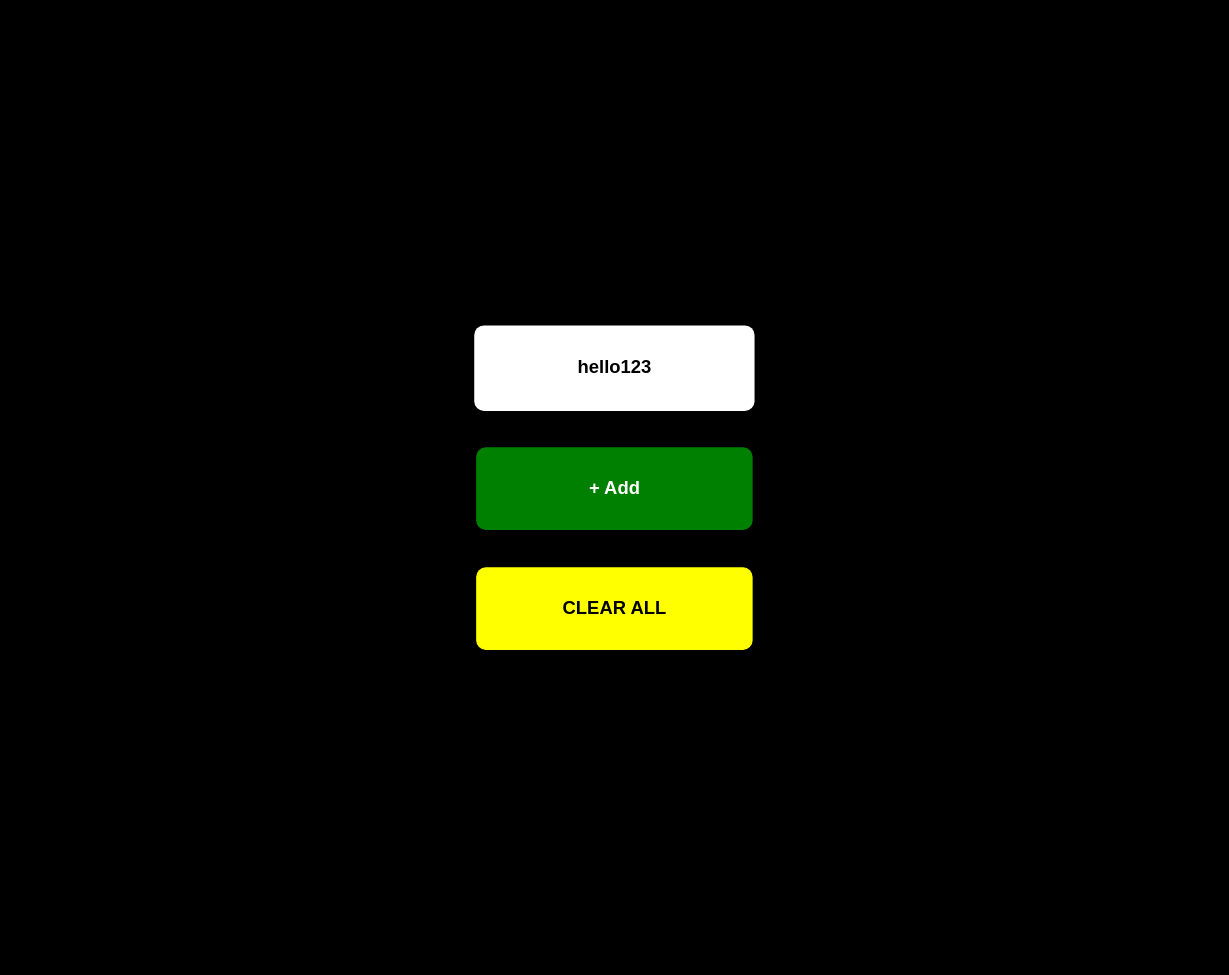
Repository: jcohenp/DI_Exercises
Page: W3/D2/gold/index.html
The author's editor kept a copy of each file at every save. The page is drawn from the files as they stood at one save, then again after the next save.
The browser window is 1280 px wide. The pictures show the whole page, at 96% of full size.

Above is the page before, as saved 2020-08-25 13:54:44.

After the next save:
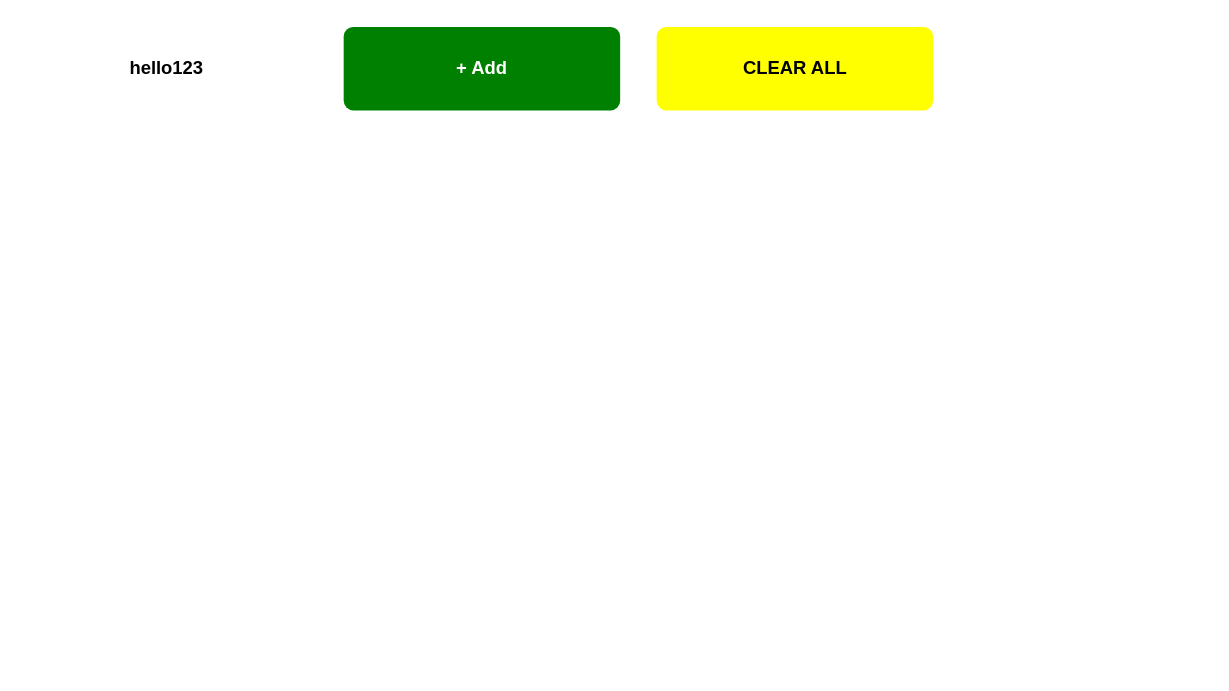
Saved 19 s later.
--- a/W3/D2/gold/js/script.js
+++ b/W3/D2/gold/js/script.js
@@ -1,7 +1,7 @@
-document.body.style.backgroundColor = "black";
-document.body.style.margin = "25%";
-document.body.style.display = "flex";
-document.body.style.textAlign = "center";
+// document.body.style.backgroundColor = "black";
+// document.body.style.margin = "25%";
+// document.body.style.display = "flex";
+// document.body.style.textAlign = "center";
 
 function styleAll(element) {
     element.style.lineHeight = "2em";

After the save that followed:
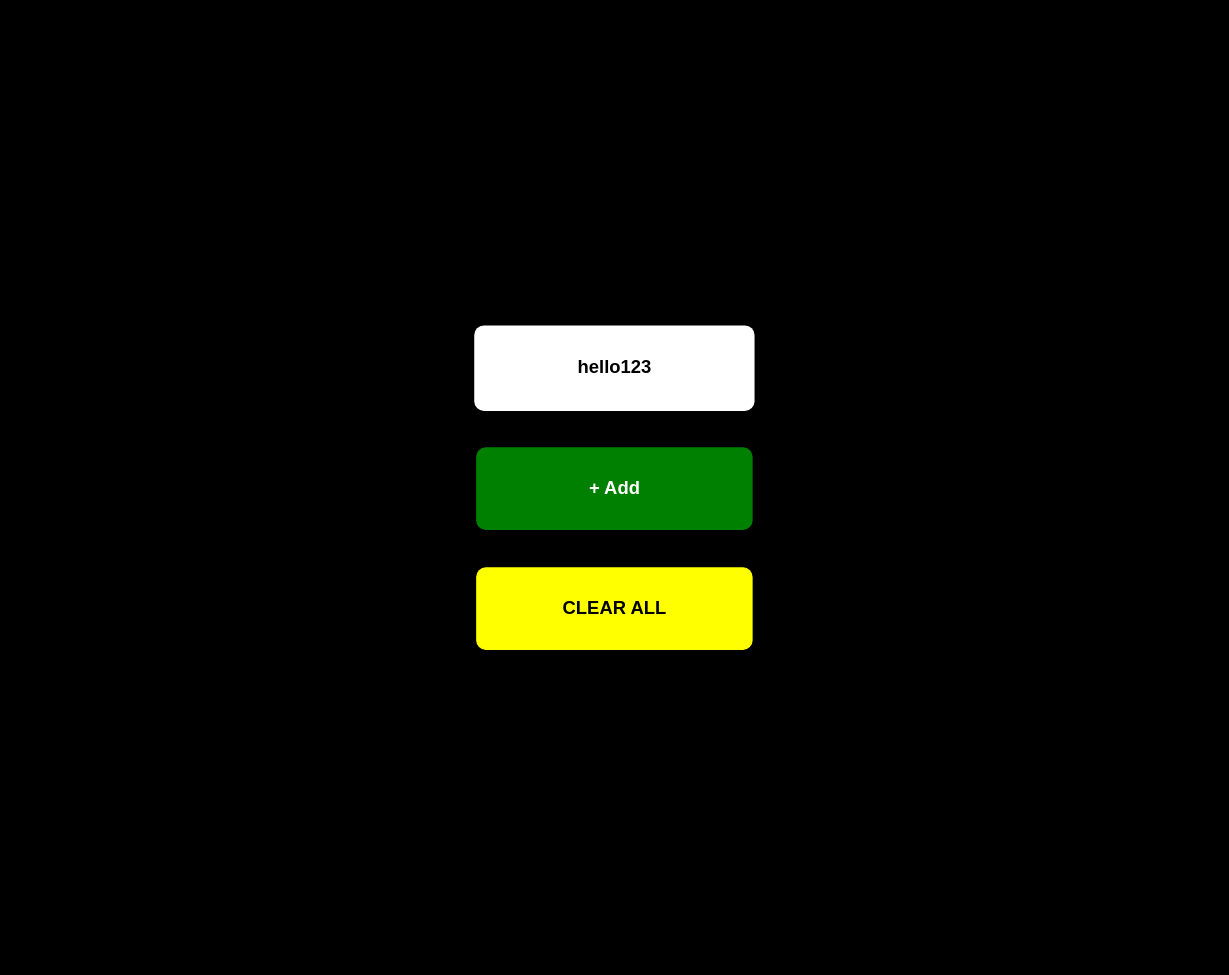
Saved 7 s later.
--- a/W3/D2/gold/js/script.js
+++ b/W3/D2/gold/js/script.js
@@ -1,7 +1,7 @@
-// document.body.style.backgroundColor = "black";
-// document.body.style.margin = "25%";
-// document.body.style.display = "flex";
-// document.body.style.textAlign = "center";
+document.body.style.backgroundColor = "black";
+document.body.style.margin = "25%";
+document.body.style.display = "flex";
+document.body.style.textAlign = "center";
 
 function styleAll(element) {
     element.style.lineHeight = "2em";
